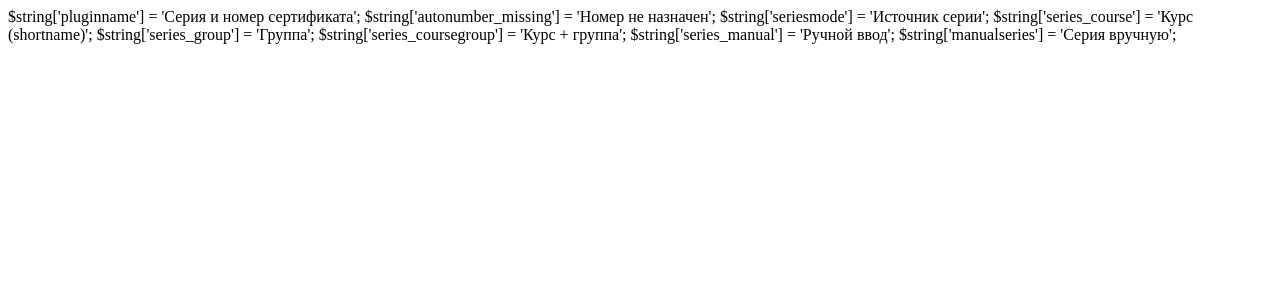
Repository: pavel-pasechnik/certificateelement_autonumber
Page: http://localhost/lang/ru/tool_certificateelement_autonumber.php
An editor plug-in stored every save of this project. The page is shown before and after the next save, followed by the edit.
The browser window is 1280 px wide. The pictures show the whole page.
The page is run by PHP 8.4 with error messages shown; the project is at /var/www/html/.

Above is the page before, as saved 2025-10-25 13:51:11.

After the next save:
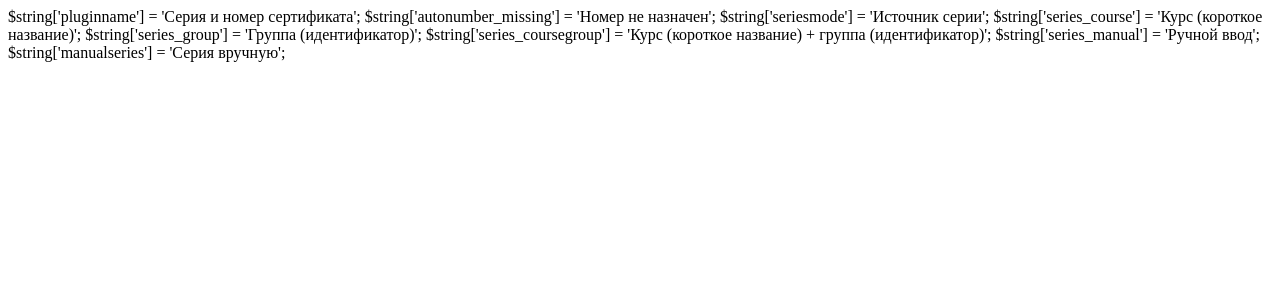
Saved 26 s later.
--- a/lang/ru/tool_certificateelement_autonumber.php
+++ b/lang/ru/tool_certificateelement_autonumber.php
@@ -1,8 +1,8 @@
 $string['pluginname'] = 'Серия и номер сертификата';
 $string['autonumber_missing'] = 'Номер не назначен';
 $string['seriesmode'] = 'Источник серии';
-$string['series_course'] = 'Курс (shortname)';
-$string['series_group'] = 'Группа';
-$string['series_coursegroup'] = 'Курс + группа';
+$string['series_course'] = 'Курс (короткое название)';
+$string['series_group'] = 'Группа (идентификатор)';
+$string['series_coursegroup'] = 'Курс (короткое название) + группа (идентификатор)';
 $string['series_manual'] = 'Ручной ввод';
 $string['manualseries'] = 'Серия вручную';
